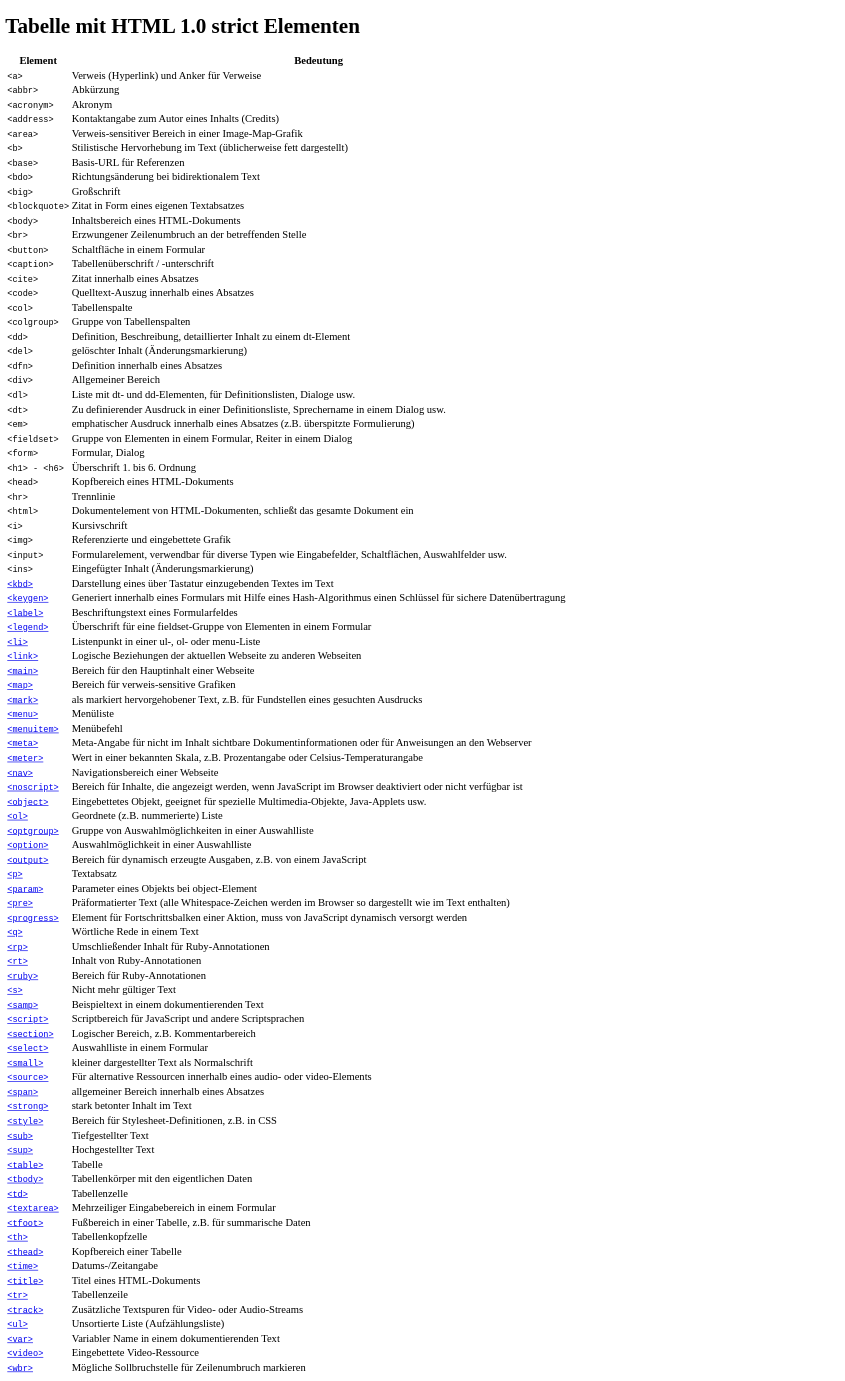
Repository: pLurchi/MyWebengineeringRepo
Page: RemoteSystemsTempFiles/HA-Kapitel06/WebContent/index.html
An editor plug-in stored every save of this project. The page is shown before and after the next save, followed by the edit.
The browser window is 1280 px wide. The pictures show the whole page, at 66% of full size.

Above is the page before, as saved 2013-11-28 17:08:07.

After the next save:
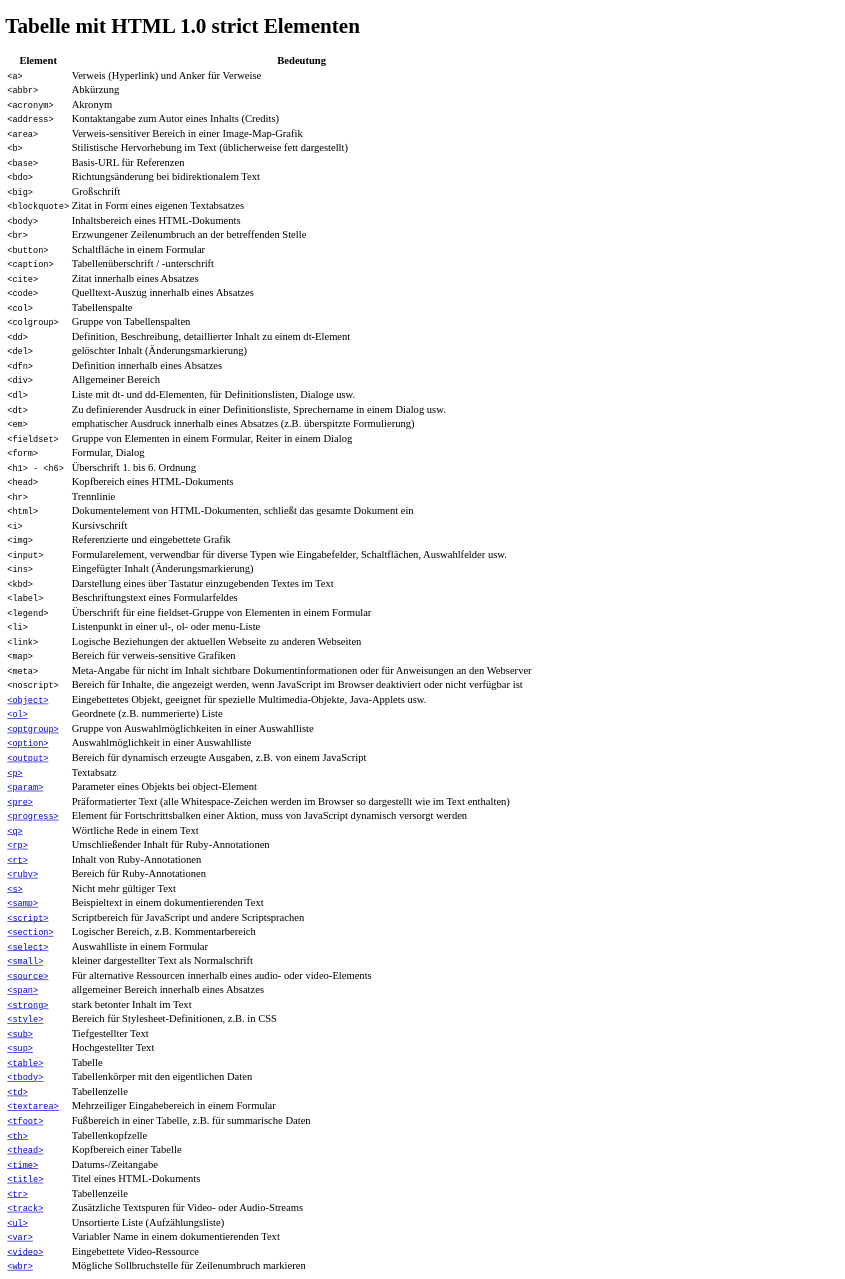
Saved 2 min 56 s later.
--- a/RemoteSystemsTempFiles/HA-Kapitel06/WebContent/index.html
+++ b/RemoteSystemsTempFiles/HA-Kapitel06/WebContent/index.html
@@ -155,66 +155,38 @@
 			<td><tt>&lt;ins&gt;</tt></td>
 			<td>Eingefügter Inhalt (Änderungsmarkierung)</td>
 		</tr>
-<tr>
-<td><tt><a href="/html-handbuch:html-elementreferenz-kbd">&lt;kbd&gt;</a></tt></td>
-<td>Darstellung eines über Tastatur einzugebenden Textes im Text</td>
-</tr>
-<tr>
-<td><tt><a href="/html-handbuch:html-elementreferenz-keygen">&lt;keygen&gt;</a></tt></td>
-<td>Generiert innerhalb eines Formulars mit Hilfe eines Hash-Algorithmus einen Schlüssel für sichere Datenübertragung</td>
-</tr>
-<tr>
-<td><tt><a href="/html-handbuch:html-elementreferenz-label">&lt;label&gt;</a></tt></td>
-<td>Beschriftungstext eines Formularfeldes</td>
-</tr>
-<tr>
-<td><tt><a href="/html-handbuch:html-elementreferenz-legend">&lt;legend&gt;</a></tt></td>
-<td>Überschrift für eine fieldset-Gruppe von Elementen in einem Formular</td>
-</tr>
-<tr>
-<td><tt><a href="/html-handbuch:html-elementreferenz-li">&lt;li&gt;</a></tt></td>
-<td>Listenpunkt in einer ul-, ol- oder menu-Liste</td>
-</tr>
-<tr>
-<td><tt><a href="/html-handbuch:html-elementreferenz-link">&lt;link&gt;</a></tt></td>
-<td>Logische Beziehungen der aktuellen Webseite zu anderen Webseiten</td>
-</tr>
-<tr>
-<td><tt><a class="newpage" href="/html-handbuch:html-elementreferenz-main">&lt;main&gt;</a></tt></td>
-<td>Bereich für den Hauptinhalt einer Webseite</td>
-</tr>
-<tr>
-<td><tt><a href="/html-handbuch:html-elementreferenz-map">&lt;map&gt;</a></tt></td>
-<td>Bereich für verweis-sensitive Grafiken</td>
-</tr>
-<tr>
-<td><tt><a href="/html-handbuch:html-elementreferenz-mark">&lt;mark&gt;</a></tt></td>
-<td>als markiert hervorgehobener Text, z.B. für Fundstellen eines gesuchten Ausdrucks</td>
-</tr>
-<tr>
-<td><tt><a href="/html-handbuch:html-elementreferenz-menu">&lt;menu&gt;</a></tt></td>
-<td>Menüliste</td>
-</tr>
-<tr>
-<td><tt><a class="newpage" href="/html-handbuch:html-elementreferenz-menuitem">&lt;menuitem&gt;</a></tt></td>
-<td>Menübefehl</td>
-</tr>
-<tr>
-<td><tt><a href="/html-handbuch:html-elementreferenz-meta">&lt;meta&gt;</a></tt></td>
-<td>Meta-Angabe für nicht im Inhalt sichtbare Dokumentinformationen oder für Anweisungen an den Webserver</td>
-</tr>
-<tr>
-<td><tt><a href="/html-handbuch:html-elementreferenz-meter">&lt;meter&gt;</a></tt></td>
-<td>Wert in einer bekannten Skala, z.B. Prozentangabe oder Celsius-Temperaturangabe</td>
-</tr>
-<tr>
-<td><tt><a href="/html-handbuch:html-elementreferenz-nav">&lt;nav&gt;</a></tt></td>
-<td>Navigationsbereich einer Webseite</td>
-</tr>
-<tr>
-<td><tt><a href="/html-handbuch:html-elementreferenz-noscript">&lt;noscript&gt;</a></tt></td>
-<td>Bereich für Inhalte, die angezeigt werden, wenn JavaScript im Browser deaktiviert oder nicht verfügbar ist</td>
-</tr>
+		<tr>
+			<td><tt>&lt;kbd&gt;</tt></td>
+			<td>Darstellung eines über Tastatur einzugebenden Textes im Text</td>
+		</tr>
+		<tr>
+			<td><tt>&lt;label&gt;</tt></td>
+			<td>Beschriftungstext eines Formularfeldes</td>
+		</tr>
+		<tr>
+			<td><tt>&lt;legend&gt;</tt></td>
+			<td>Überschrift für eine fieldset-Gruppe von Elementen in einem Formular</td>
+		</tr>
+		<tr>
+			<td><tt>&lt;li&gt;</tt></td>
+			<td>Listenpunkt in einer ul-, ol- oder menu-Liste</td>
+		</tr>
+		<tr>
+			<td><tt>&lt;link&gt;</tt></td>
+			<td>Logische Beziehungen der aktuellen Webseite zu anderen Webseiten</td>
+		</tr>
+		<tr>
+			<td><tt>&lt;map&gt;</tt></td>
+			<td>Bereich für verweis-sensitive Grafiken</td>
+		</tr>
+		<tr>
+			<td><tt>&lt;meta&gt;</tt></td>
+			<td>Meta-Angabe für nicht im Inhalt sichtbare Dokumentinformationen oder für Anweisungen an den Webserver</td>
+		</tr>
+		<tr>
+			<td><tt>&lt;noscript&gt;</tt></td>
+			<td>Bereich für Inhalte, die angezeigt werden, wenn JavaScript im Browser deaktiviert oder nicht verfügbar ist</td>
+		</tr>
 <tr>
 <td><tt><a href="/html-handbuch:html-elementreferenz-object">&lt;object&gt;</a></tt></td>
 <td>Eingebettetes Objekt, geeignet für spezielle Multimedia-Objekte, Java-Applets usw.</td>
